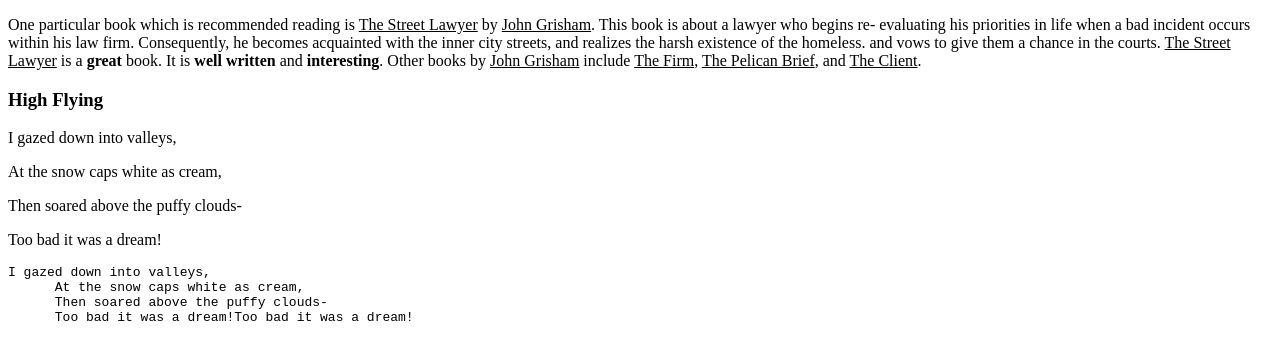
Repository: NguyenPhuSang21023391/HTCNWeb_T1-2
Page: TH_Tuan01/html/bai03.html
The author's editor kept a copy of each file at every save. The page is drawn from the files as they stood at one save, then again after the next save.
The browser window is 1280 px wide. The pictures show the whole page.

Above is the page before, as saved 2023-02-19 15:48:18.

After the next save:
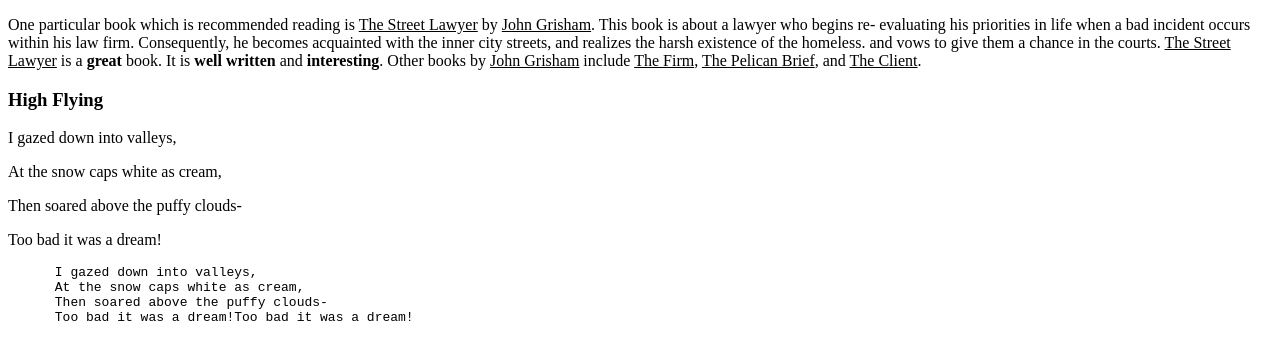
Saved 45 s later.
--- a/TH_Tuan01/html/bai03.html
+++ b/TH_Tuan01/html/bai03.html
@@ -26,8 +26,8 @@
     <p style="text-align: left: ;;">Then soared above the puffy clouds-</p>
     <p style="text-align: left: ;;">Too bad it was a dream!</p>
 
-    <pre style="text-align:  ;">
-I gazed down into valleys,
+    <pre style="text-align: ">
+      I gazed down into valleys,
       At the snow caps white as cream,
       Then soared above the puffy clouds-
       Too bad it was a dream!Too bad it was a dream!</pre
